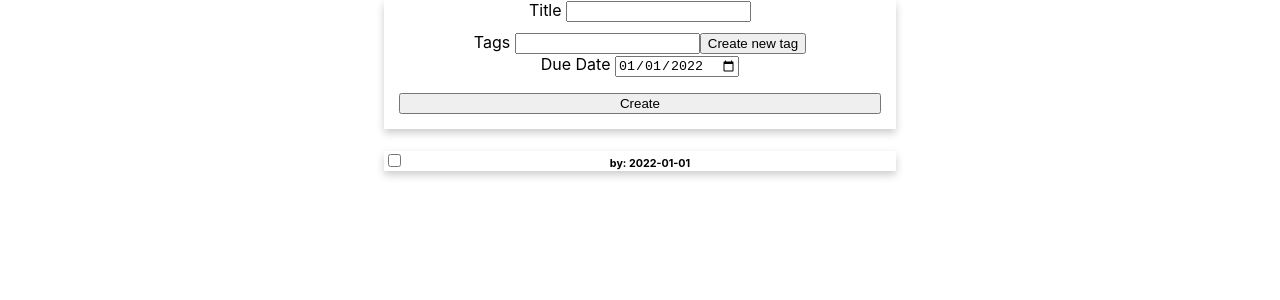
Repository: sanjayMamidipaka/reactappbits
Page: /, after clicking the first element matching `div.submitButton > button`
An editor plug-in stored every save of this project. The page is shown before and after a run of saves, followed by the edit.
The browser window is 1280 px wide. The pictures show the whole page.
The project was rebuilt for these pictures with package versions that can differ from the ones it lists, and the page was loaded fresh each time. Also part of the build but not shown: src/components/Tag.css, src/components/Tag.tsx.

Above is the page before, as saved 2022-01-18 18:15:43.

After the next 2 saves:
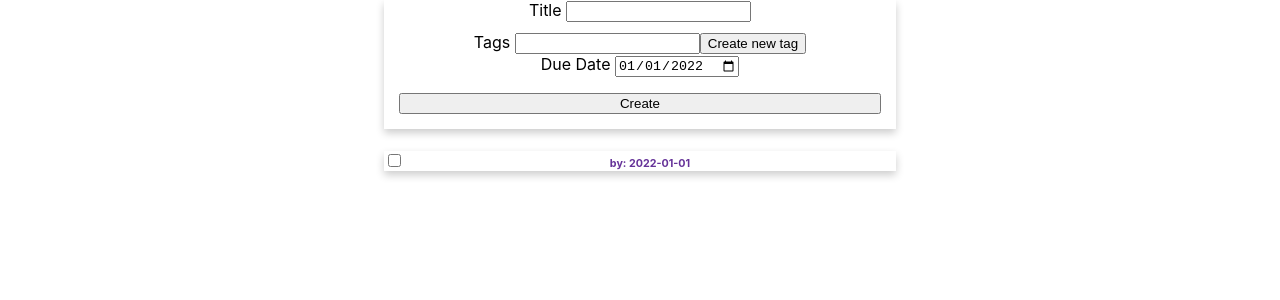
The 2 saves are shown as one change because they came seconds apart.
The last was saved 7 s later.
--- a/src/components/TodoItem.tsx
+++ b/src/components/TodoItem.tsx
@@ -1,6 +1,6 @@
 import React, { EventHandler } from 'react'
 import Tag from './Tag';
-import TodoItem from './TodoItem';
+import './TodoItem.css';
 
 export default function TodoItem({todoListItem, index}: {todoListItem: any, index: string}) {
     const {title, dueDate, tagList, completed} = todoListItem;
